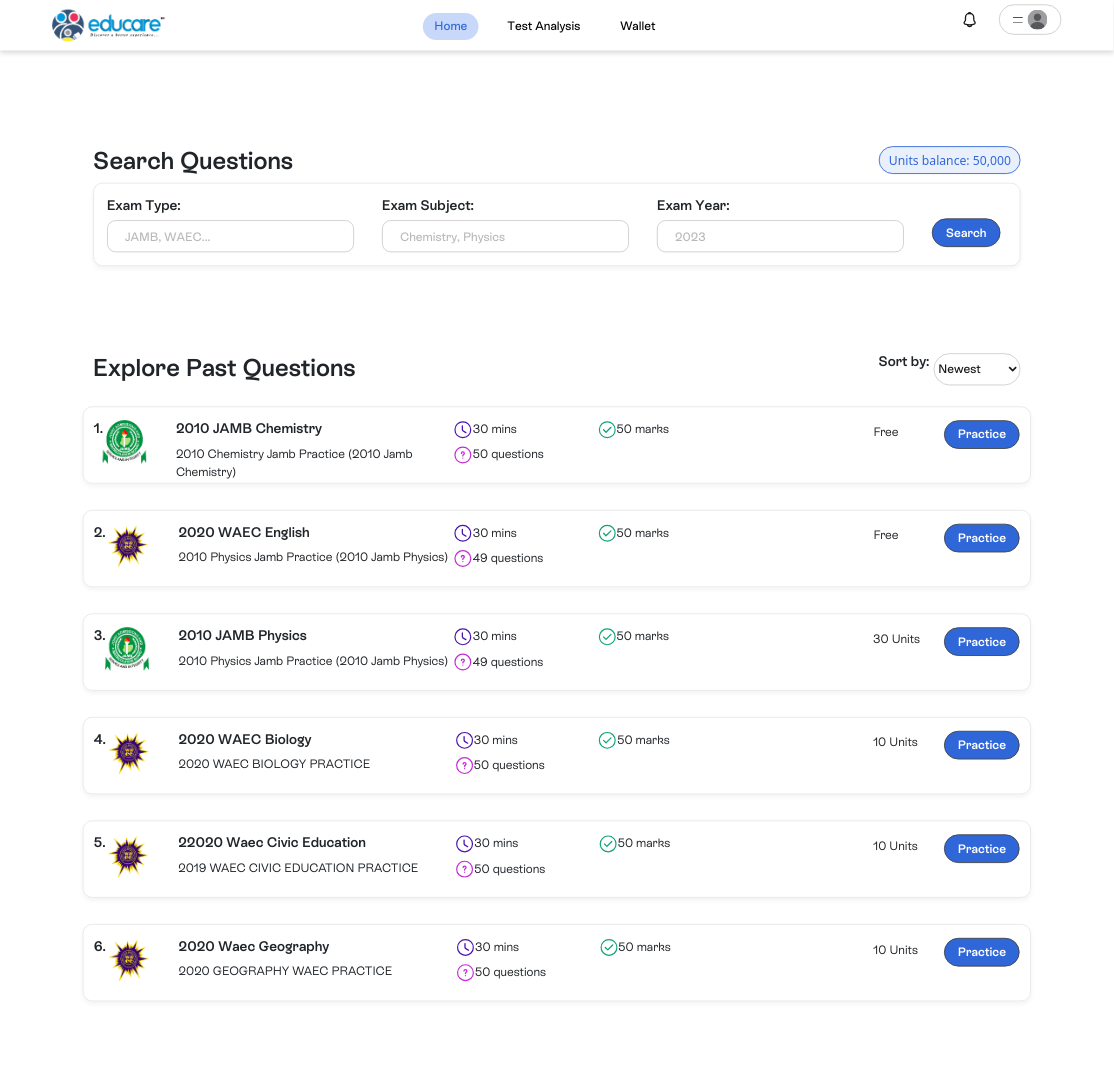
Repository: sarahnnanyelugo/educare-cbt
Page: /exam-list
The author's editor kept a copy of each file at every save. The page is drawn from the files as they stood at one save, then again after the next save.
The browser window is 1280 px wide. The pictures show the whole page, at 87% of full size.
The project was rebuilt for these pictures with package versions that can differ from the ones it lists, and the page was loaded fresh each time. Also part of the build but not shown: src/components/Form/SignUpForm.js, src/pages/AuthenticationPage/auth.scss, src/pages/AuthenticationPage/AuthenticationPage.js, src/components/TestModal/test-modal.scss, src/components/TestModal/TestModal.js, src/components/EducareNavBar/MobileDrop/Mobile-drop.js, src/pages/TestInstructions/TestInstructions.js, src/TestData/walletData.js and 39 more. Imported but missing from the stored project, and not drawn on this page: src/components/Form/Password, src/components/GoogleButton/GoogleButton.

Above is the page before, as saved 2023-11-13 19:30:35.

### src/App.css
@font-face {
  font-family: rebondG;
  src: url(./assets/fonts/Rebond_font/RebondG.otf);
}
@font-face {
  font-family: rebondG-Bold;
  src: url(./assets/fonts/Rebond_font/RebondG-Bold.otf);
}
@font-face {
  font-family: rebondG-Semi-Bold;
  src: url(./assets/fonts/Rebond_font/Rebond-semibold.otf);
}
@font-face {
  font-family: rebondG-Medium;
  src: url(./assets/fonts/Rebond_font/RebondGrotesqueMedium.otf);
}
@font-face {
  font-family: rebondBook;
  src: url(./assets/fonts/Rebond_font/RebondG-Book.ttf);
}

h1,
h2,
h3,
h4,
h5,
h6 {
  font-family: rebondG-Semi-Bold;
}

p {
  font-family: rebondBook;
  font-size: 16px;
}
small {
  font-family: rebondBook;
}
button {
  font-family: rebondG-Semi-Bold;
}
ul li {
  font-family: rebondG-Medium;
}
@media screen and (min-width: 620px) {
  .flexy {
    display: flex;
  }
}
@media screen and (max-width: 620px) {
  .flexyM {
    display: flex;
  }
}
hr {
  border-color: #a4a2a2 !important;
}

### src/pages/ExamList/ExamList.js
import React, { useEffect, useState } from "react";
import { Exams } from "../../components/Exams/Exams";
import { exams } from "../../TestData";
import "./exam-list.scss";
import Table from "react-bootstrap/Table";
import { Navbar } from "../../components/Navbar/Navbar";
import EducareNavBar from "../../components/EducareNavBar/EducareNavBar";
import { useLocation } from "react-router-dom";

export const ExamList = () => {
  const [user, setUser] = useState(JSON.parse(sessionStorage.getItem("user")));

  const [state, setState] = useState({
    query: "",
    list: exams,
  });
  const location = useLocation();
  useEffect(() => {
    console.log(user);
  });
  return (
    <>
      <div>{user !== undefined ? <Navbar /> : <EducareNavBar />}</div>
      <div className="home-div col-md-10 offset-md-1 mt5">
        <div className="flexy flexyM unit">
          <h3>Search Questions</h3>
          <button>Units balance: 50,000</button>
        </div>
        <div className="flexy question-type-div">
          <div className="col-md-11 flexy">
            {" "}
            <div className="col-md-4">
              <h6>Exam Type:</h6>
              <input placeholder="JAMB, WAEC..." />
            </div>
            <div className="col-md-4">
              <h6>Exam Subject:</h6>
              <input placeholder="Chemistry, Physics" />
            </div>
            <div className="col-md-4">
              <h6>Exam Year:</h6>
              <input placeholder="2023" />
            </div>
          </div>
          <div className="col-md-1 ">
            <button>Search</button>
          </div>
        </div>
        <div className="flexy sort flexyM">
          <h3>Explore Past Questions</h3>
          <div className="flexy flexyM">
            <h6>Sort by:</h6>
            <select>
              <option>Newest</option>
              <option>Oldest</option>
              <option>Subject</option>
              <option>Year</option>
            </select>
          </div>
        </div>
        <div className="row ">
          {state.list.map((data, index) => (
            <Exams data={data} />
          ))}
        </div>
      </div>
    </>
  );
};

### src/pages/ExamList/exam-list.scss
@import "../../variables";
@import "../../shared-styles";

.home-div {
  padding-top: 60px;
  padding-bottom: 60px;
  .unit {
    h3 {
      flex-grow: 1;
    }
    button {
      color: #2f67d8;
      background: #2f67d81a;
      border: solid 1px #2f67d8;
      width: 163px;
      font-size: 14px;
      height: 32px;
      border-radius: 100px;
      @media screen and (max-width: 620px) {
        width: 140px;
        font-size: 12px;
      }
    }
    @media screen and (max-width: 620px) {
      margin-bottom: 10px;
    }
  }
  .question-type-div {
    border-radius: 11px;
    background: #ffffff;
    padding: 15px;
    border: solid 1px #e7e7e7;
    box-shadow: 0px 3px 6px #0000000d;
    input {
      width: 90%;
      border: solid 1px #cecbcb;
      height: 37px;
      border-radius: 10px;
      background: #fff;
      padding-left: 20px;
      @media screen and (max-width: 620px) {
        width: 100%;
      }
    }
    ::placeholder {
      color: #191919 !important;
      text-align: left;
      opacity: 0.3;
      font-size: 14px !important;
      font-family: rebondG-Medium;
    }
    button {
      @include main-btn;
      margin-top: 25px;
    }
    h6 {
      @media screen and (max-width: 620px) {
        margin-top: 30px;
      }
    }
  }
  .sort {
    margin-top: 100px;
    margin-bottom: 20px;
    h3 {
      flex-grow: 1;
      @media screen and (max-width: 620px) {
        font-size: 16px;
        margin-top: 10px;
      }
    }
    h6 {
      // margin-top: 10px;
      margin-right: 5px;
    }
    select {
      border: solid 1px #cecbcb;
      border-radius: 35px;
      width: 100px;
      height: 37px;
      background: #fff;
      font-family: rebondG-Medium;
      font-size: 14px;
      color: #191919;
    }
  }
}

### src/components/Navbar/navbar.scss
.nav-container {
  padding: 5px 60px;
  box-shadow: 0px 3px 6px #00000029;
  background: #fff;
  @media screen and (max-width: 620px) {
    padding: 15px 5px;
  }
  .logo-holder {
    flex-grow: 1;
    img {
      width: 50%;
      @media screen and (max-width: 620px) {
        width: 100%;
      }
    }
  }
  .navs {
    flex-grow: 1;

    .navlinks {
      button {
        margin: 0 10px;
        padding: 5px 13px;
        border: none;
        color: #000;
        margin-top: 10px;
        text-decoration: none;
        font-size: 14px;
        border-radius: 100px;
        background: #fff;
        font-family: rebondG-Medium;
        @media screen and (max-width: 620px) {
          margin: 0 0px;
        }
      }
    }
  }
}
.active {
  button {
    color: #2f67d8 !important;
    background: #c7d8fa !important;
  }
}
.hide {
  display: none;
}
.meu-holder {
  width: 72px;
  height: 35px;
  background: var(--unnamed-color-ffffff) 0% 0% no-repeat padding-box;
  border: 1px solid var(--unnamed-color-cecbcb);
  background: #ffffff 0% 0% no-repeat padding-box;
  border: 1px solid #cecbcb;
  border-radius: 100px;
  padding-left: 15px;
  padding-top: 3px;
  margin-left: 15px;
  .menu-icon {
    width: 12px;
    height: 8px;
    margin-right: 5px;
  }
  .person {
    height: 23px;
    width: 23px;
  }
}

### src/pages/TestInstructions/test-instructions.scss
@import "../../variables";
@import "../../shared-styles";

.test-instructions-div {
  padding-top: 80px;
  padding-bottom: 250px;
  background: url("../../assets/images/brush-bg.png");
  background-size: cover;
  background-repeat: no-repeat;
  //   background-position: center;
  @media screen and (max-width: 620px) {
    padding-left: 10px;
    padding-right: 10px;
  }
  .T-instructions {
    border: 1px solid #e7e7e7;
    box-shadow: 0px 3px 6px #0000000d;
    border-radius: 10px;
    height: 444px;
    background: #fff;
    padding: 30px 20px;
    @media screen and (max-width: 620px) {
      height: fit-content;
    }
    .title-div {
      border-bottom: 1px solid #e7e7e7;
    }
    .inner {
      margin-top: 30px;
      h6 {
        margin-bottom: 20px;
        font-size: 16px;
      }
      p {
        font-size: 16px;
      }
      .proceed-btn {
        @include main-btn;
      }
      .back-btn {
        border: 1px solid #2f67d8;
        color: #2f67d8;
        background: #fff;
        border-radius: 100px;
        width: 91px;
        height: 36px;
        font-size: 14px;
      }
      .instruction-btns {
        margin-top: 250px;
        @media screen and (max-width: 620px) {
          margin-top: 120px;
        }
      }
    }
    ul {
      margin-top: 60px;
    }
    ul li {
      color: #d52143;
      font-size: 14px;
      img {
        margin-right: 7px;
      }
    }
  }
}

### src/pages/Wallet/wallet.scss
@import "../../variables";
@import "../../shared-styles";

.balance-sheet {
  height: 146px;
  border: 1px solid var(--unnamed-color-2f67d8);
  background: #2f67d81a 0% 0% no-repeat padding-box;
  box-shadow: 0px 3px 6px #0000000d;
  border: 1px solid #2f67d8;
  border-radius: 10px;
  padding: 20px;
  button {
    @include main-btn;
    margin-top: 40px;
  }
  h1 {
    font-family: rebondG-Bold;
  }
}
.activity-div {
  height: 106px;
  background: var(--unnamed-color-ffffff) 0% 0% no-repeat padding-box;
  background: #ffffff 0% 0% no-repeat padding-box;
  box-shadow: 0px 3px 6px #0000000d;
  border: 1px solid #e7e7e7;
  border-radius: 11px;
  padding: 0px 20px;
  margin-top: 20px;
  small {
    font-size: 12px;
    color: #191919;
    opacity: 0.5;
  }
  p {
    font-size: 14px;
    color: #191919;
    opacity: 0.5;
    line-height: 20px;
  }
  h6 {
    // margin: 0 !important;
  }
  img {
    height: 49px;
    width: 50px;
    margin-top: 20px;
  }
}

.your-div {
  opacity: 0;
  transform: translateY(100%);
  transition: opacity 0.5s, transform 0.5s;
}

.your-div.slide-in {
  opacity: 1;
  transform: translateY(0);
}

/* Add a delay for each div */
.your-div:nth-child(1) {
  transition-delay: 0.5s;
}

.your-div:nth-child(2) {
  transition-delay: 1s;
}

.your-div:nth-child(3) {
  transition-delay: 1.5s;
}
.your-div:nth-child(4) {
  transition-delay: 2s;
}

/* Add more rules for additional divs */

### src/pages/SummaryPage/summary.scss
@import "../../variables";
@import "../../shared-styles";

.test-instructions-div {
  padding-top: 80px;
  padding-bottom: 250px;
  background: url("../../assets/images/brush-bg.png");
  background-size: cover;
  background-repeat: no-repeat;
  .test-body {
    height: 394px;
    box-shadow: 0px 3px 6px #0000000d;
    border: 1px solid #e7e7e7;
    border-radius: 10px;
    background: #fff;
    h3 {
      color: #191919;
      font-family: rebondG-Bold;
      font-size: 20px;
    }

    .attempts-btn {
      border-bottom: solid 1px #e7e7e7;
    }
  }
  .return-btn {
    padding: 5px 10px;
    background: #2f67d8;
    border: solid 1px #414244;
    border-radius: 100px;
    font-family: rebondG-Semi-Bold;
    color: #fff;
    font-size: 14px;
  }
}
.summary-btn {
  border: solid 1px #2f67d8;
  box-shadow: 0px 3px 6px #0000000d;
  border-radius: 10px;
  width: 94px;
  height: 52px;
  color: #2f67d8;
  font-family: rebondG-Bold;

  background: #2f67d81a;
  font-size: 14px;
}
.submit-query {
  padding-top: 20px;
  padding-bottom: 20px;
}

### src/pages/Home/home.scss
@import "../../variables";
@import "../../shared-styles";
.landing-div {
  background: url("../../assets/images/brush-bg.png");
  background-repeat: no-repeat;
  background-size: cover;
  padding: 120px 0;
  h1 {
    font-size: 40px;
    font-family: rebondG-Bold;
  }
  button {
    @include main-btn;
  }
}
.partners {
  padding-top: 30px;
  padding-bottom: 100px;
  img {
    filter: grayscale(100%);

    margin: 10px 22px;
  }
  .lagoon {
    width: 222px;
    height: 45px;
  }
  .grange {
    width: 178px;
    height: 41px;
  }
  .lbs {
    width: 169px;
    height: 41px;
  }
  .starvile {
    width: 96px;
    height: 59px;
  }
  .evergreen {
    width: 110px;
    height: 53px;
  }
  .meadow {
    width: 206px;
    height: 49px;
  }
}
.exam-container {
  height: 84px;
  padding: 20px;
  background: #ffffff 0% 0% no-repeat padding-box;
  box-shadow: 0px 3px 6px #0000000d;
  border: 1px solid #e7e7e7;
  border-radius: 10px;
  &:hover {
    background: #f3f3f3;
  }
  h6 {
    margin-top: 10px;
    margin-left: 20px;
  }
}
.all-learners {
  background: #fbfbfb;
  padding-top: 50px;
  padding-bottom: 60px;
  h1 {
    color: #2f67d8;
    font-size: 108px;
    text-align: center;
    margin-top: 40px;
  }
  .steps {
    height: 236px;
    background: #ffffff 0% 0% no-repeat padding-box;
    box-shadow: 0px 3px 6px #0000000d;
    border: 1px solid #e7e7e7;
    text-align: center;
    padding: 50px;
    margin-top: -60px;
    position: relative;
    z-index: 2;
    border-radius: 10px;
    span {
      border-bottom: solid 2px #2f67d8;
    }
    h4 {
      margin-bottom: 20px;
    }
  }
}
.testimonial-div {
  height: 831px;
  margin-bottom: 50px;
  background: rgb(255, 255, 255);
  background: linear-gradient(
    0deg,
    rgba(255, 255, 255, 1) 1%,
    rgba(244, 247, 254, 1) 9%,
    rgba(244, 247, 254, 1) 90%,
    rgba(255, 255, 255, 1) 100%
  );
  .heading {
    margin-top: 300px;
    h4 {
      font-family: rebondG-Bold;
    }
  }
}
.prefooter {
  padding: 50px;
  background: url("../../assets/images/brush-bg.png");
  background-repeat: no-repeat;
  background-size: cover;
  height: 271px;
  background-color: #fff;
  border-radius: 10px;
  box-shadow: 0px 3px 6px #0000000d;
  margin-bottom: -70px;
  border: solid 1px rgb(223, 223, 223);
  opacity: 1;
  position: relative;
  z-index: 20;
  button {
    @include main-btn;
    margin-top: 70px;
  }
}

### src/components/Exams/exams.scss
@import "../../variables";
@import "../../shared-styles";

.questions-div {
  border: 1px solid #e7e7e7;
  border-radius: 11px;
  box-shadow: 0px 3px 6px #0000000d;
  height: 89px;
  margin-bottom: 30px;
  padding-top: 15px;

  @media screen and (max-width: 620px) {
    height: fit-content;
    overflow: scroll;
  }
  h6 {
    font-size: 16px;
  }
  p {
    font-size: 14px;
  }
  button {
    @include main-btn;
  }

  tr td {
    border: none;
    padding: 0 !important;
    text-align: left;
    // overflow: scroll;
    small {
      font-size: 14px;
    }
  }
}

### src/_variables.scss
$blue: #0098da;
$lightblue: #e1f2fa;
$purple: #5044b2;
@mixin get-started-button {
  color: #fff;
  border-radius: 35px;
  border: solid 1px #414244;
  padding: 8px 20px;
  font-size: 14px;
  font-family: rebondG-Semi-Bold;

  // &:hover {
  //   background: #30266b;
  //   transition: 0.5s ease;
  // }
}
@mixin main-btn {
  background: #2f67d8 !important;
  color: #fff;
  border-radius: 100px;
  // width: 91px;
  // height: 36px;
  padding: 5px 15px;
  font-size: 14px;
  border: solid 1px #414244;
  font-family: rebondG-Semi-Bold;

  &:hover {
    background: #1e4ba7 !important;
    transition: 0.5s ease;
  }
}
@mixin login-or-signup-button {
  background: #fff !important;
  color: #414244;
  border-radius: 32px;
  padding: 5px 15px;
  font-size: 14px;
  // font-weight: bold;
  border: none;
  border: solid 2px rgb(230, 225, 225);
  font-family: rebondG-Semi-Bold;

  &:hover {
    background: rgb(231, 231, 231) !important;
    transition: 0.5s ease;
  }
}

### src/_shared-styles.scss
.mt1 {
  margin-top: 10px;
}
.mt2 {
  margin-top: 20px;
}
.mt3 {
  margin-top: 30px;
}
.mt4 {
  margin-top: 40px;
}
.mt5 {
  margin-top: 50px;
}
.mt6 {
  margin-top: 60px;
}
.mt7 {
  margin-top: 70px;
}
.mt8 {
  margin-top: 80px;
}
.mt9 {
  margin-top: 90px;
}
.mt {
  margin-top: 140px;
}
.mtt {
  margin-top: 200px;
}
.bb {
  border-bottom: solid 1px rgb(233, 229, 229);
}
.bt {
  border-top: solid 1px rgb(233, 229, 229);
}
.pd {
  padding: 80px 0;
}
.br {
  border-right: solid 1px rgb(233, 229, 229);
}
.no-m {
  @media screen and (max-width: 620px) {
    margin: 0 !important;
  }
}
.ml {
  margin-left: 10px;
}
.ml4 {
  margin-left: 40px;
}
.ml3 {
  margin-left: 30px;
}

.features-link {
  color: #191919;
  text-decoration: none;
  &:hover {
    color: #191919;
  }
}

.mb5 {
  margin-bottom: 50px;
}
.mb4 {
  margin-bottom: 40px;
}

.no-margin {
  @media screen and (max-width: 620px) {
    margin-top: 0px !important;
    text-align: center;
  }
}
.grad2 {
  background: rgb(255, 255, 255);
  background: linear-gradient(
    180deg,
    rgba(255, 255, 255, 1) 28%,
    rgba(240, 240, 240, 1) 48%,
    rgba(255, 255, 255, 1) 75%
  );
}
.dn {
  @media screen and (max-width: 620px) {
    display: none;
  }
}
.dnW {
  @media screen and (min-width: 620px) {
    display: none;
  }
}
.dnM {
  @media screen and (max-width: 620px) {
    display: none;
  }
}
.img-resolv {
  width: 90%;
  @media screen and (max-width: 620px) {
    width: 100%;
  }
}
.link {
  font-size: 12px;
  text-decoration: none;
  color: #000;
  font-family: rebondG-Semi-Bold;
  margin-bottom: 0 !important;
}
.link2 {
  font-size: 12px;
  text-decoration: none;
  color: #2f67d8;
  font-family: rebondG-Semi-Bold;
}
.mobileview {
  @media screen and (min-width: 620px) {
    display: none;
  }
}

### src/pages/TestAnalysis/Analysis/analysis.scss
@import "../../../variables";
@import "../../../shared-styles";

.analysis-div {
  padding-top: 15px;

  @media screen and (max-width: 620px) {
    height: fit-content;
    overflow: scroll;
  }
  button {
    @include main-btn;
  }
  h6 {
    font-size: 16px;
  }
  p {
    font-size: 14px;
  }
  button {
    @include main-btn;
  }

  tr td {
    border: none;
    padding-top: 10px !important;
    padding-bottom: 5px !important;
    text-align: left;
    // border-top: 1px solid #e7e7e7;
    // border-bottom: 1px solid #e7e7e7;
    small {
      font-size: 14px;
    }
  }
  th {
    font-size: 16px;
    padding-top: 15px;
    padding-bottom: 15px;

    font-family: rebondG-Semi-Bold;
    color: #191919;
  }
}

### src/components/EducareNavBar/MenuTab/_menu-tab.scss
@import "../../../variables";
@import "../../../shared-styles";

.nav-pills .nav-link.active {
  color: #0098da !important;

  border-radius: 0 !important;
  transition: 1s ease !important;
  font-size: 13px !important;
  // margin-left: -4px;
  background: transparent !important;
}
.nav-link {
  color: #161617 !important;
  font-family: rebondG-Semi-Bold;
  padding: 0px !important;
  font-size: 14px !important;
  padding: 5px 0px 5px 0 !important;
  margin-top: 10px;
  width: 100%;
  &:hover {
    color: #161617 !important;
    // background: #e7e7e7;
  }
}
.menu-links {
  span {
    margin-left: 20px;
  }
}
.nav-rowed {
}
.tab-headerss {
  padding-left: 40px;
  @media screen and (max-width: 620px) {
    padding: 0;
  }
  .drop-down-nav {
    color: #161617 !important;
    font-family: rebondG-Semi-Bold;
    padding: 0px !important;
    padding-left: 10px !important;
    font-size: 14px !important;
    line-height: 35px !important;
    &:hover {
      color: #0098da !important;
    }
  }
}

.tab-content {
  background: #fff;
  // margin-left: -14px;
  padding: 10px;
  padding-left: 30px;
  color: #000;
  @media screen and (max-width: 620px) {
    padding: 0;
  }
}

### src/components/EducareNavBar/MobileDrop/mobile-drop.scss
@import "../../../variables";
@import "../../../shared-styles";

.mobile-drop-container {
  .accordion-button::after {
    margin-left: 20px !important;
    margin-top: 0px !important;
  }
  .accordion-header {
    background: none !important;
    // padding-bottom: 80px;
  }

  .accordion-body {
  }
  .accordion-button:not(.collapsed) {
    border: none !important;
    box-shadow: none !important;
  }

  .accordion-button:focus {
    outline: none !important;
    color: #161617 !important;
  }
  .accordion-button:hover {
    outline: none !important;
    background: none !important;
  }
  .accordion-button {
    padding-left: 15px !important;
    padding: 0 !important;
    box-shadow: none !important;
    margin-bottom: 20px;
  }
  .accordion-button::after {
    background-image: none !important;
    content: "\02C7";
    font-size: 25px !important;
    color: black !important;
    margin-top: 5px !important;
    font-weight: bold !important;
  }
  .accordion-button:not(.collapsed)::after {
    content: "\02C6" !important;
    margin-top: -5px !important;
  }
  .accordion-button:not(.collapsed) {
    color: black !important;
    box-shadow: none !important;
    border: none !important;
  }
}
.accordion {
  background: none !important;
}

### src/components/EducareNavBar/MenuLink/menu-link.scss
.menu-link-container {
  // padding-left: 10px;
  height: 150px;
  // background: red !important;
  padding: 7px;
  margin-bottom: 5px;
  @media screen and (max-width: 620px) {
    padding: 0;
  }
  &:hover {
    background: #f8f8f8;
    border-radius: 5px;
  }
  img {
    height: 28px;
    width: 28px;
  }
  p {
    font-size: 10px;
    line-height: 16px;
    @media screen and (max-width: 620px) {
      line-height: 22px;
    }
  }
  h6 {
    font-size: 16px !important;
    margin-top: 5px;
  }
}
.menu-link {
  &:hover {
    color: #161617;
  }
}
.hidden {
  display: none;
}

Loaded but not shown: public/index.html (common file); src/index.js (common file); src/index.css (common file); src/reportWebVitals.js (common file); src/components/scrollToTop.js (common file); src/TestData/questionsData.js (1013 lines, source omitted); src/components/EducareNavBar/MenuTab/MenuTab.js (162 lines, source omitted); src/TestData/MenuLinksData.js (206 lines, source omitted); src/TestData/summaryData.js (82 lines, source omitted); src/components/Navbar/Navbar.js (87 lines, source omitted); src/components/Exams/Exams.js (75 lines, source omitted); src/App.js (42 lines, source omitted); src/TestData/analysisData.js (85 lines, source omitted); src/TestData/examsData.js (65 lines, source omitted); src/components/EducareNavBar/MenuLink/MenuLink.js (35 lines, source omitted); src/TestData/index.js (5 lines, source omitted); src/components/EducareNavBar/EducareNavBar.jsx (1102 lines, source omitted); src/components/EducareNavBar/_educare-navbar.scss (466 lines, source omitted); src/components/Form/form.scss (213 lines, source omitted); src/pages/Question/question.scss (143 lines, source omitted); src/pages/AnalysisDashboard/analysis-dashboard.scss (136 lines, source omitted)

After the next save:
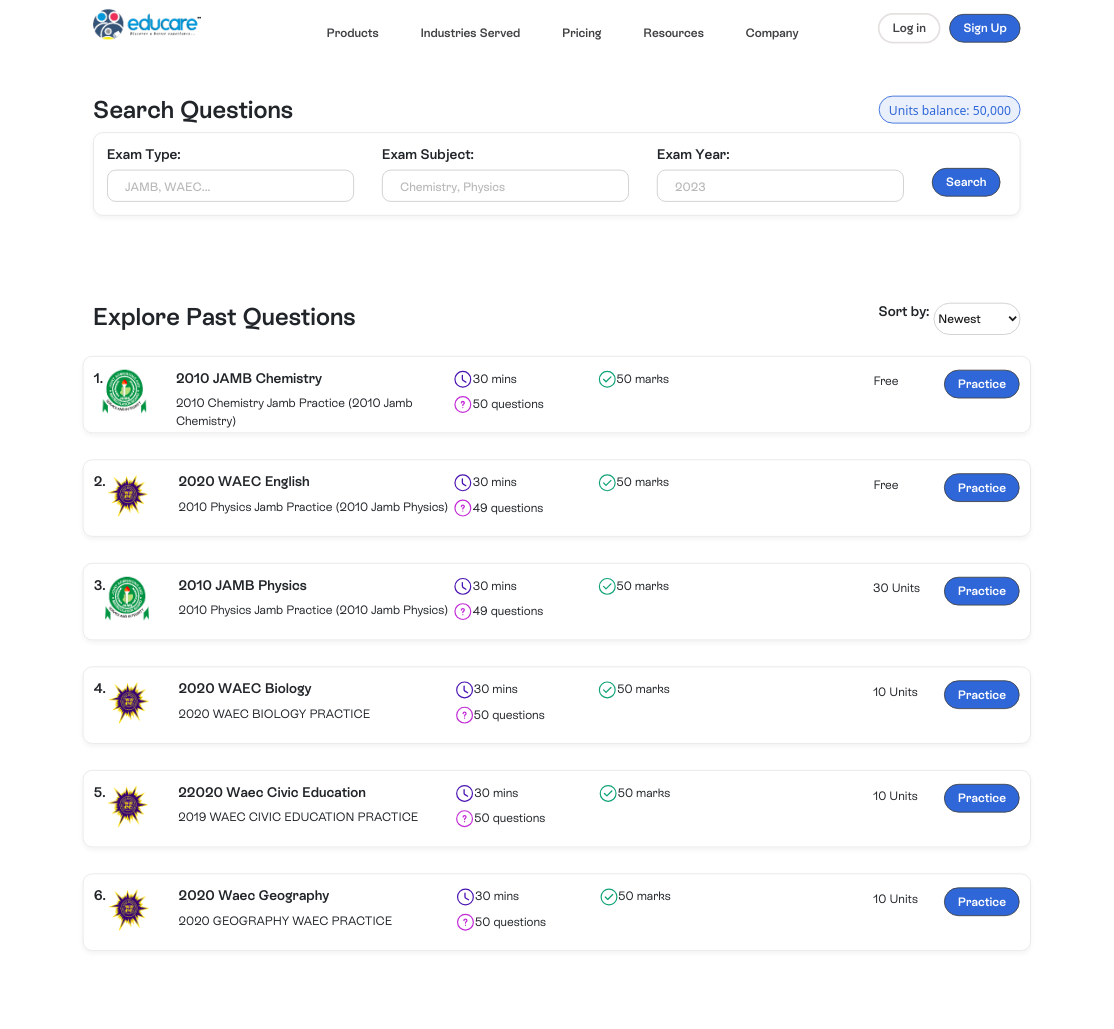
Saved 16 s later.
--- a/src/pages/ExamList/ExamList.js
+++ b/src/pages/ExamList/ExamList.js
@@ -20,7 +20,7 @@
   });
   return (
     <>
-      <div>{user !== undefined ? <Navbar /> : <EducareNavBar />}</div>
+      <div>{user !== null ? <Navbar /> : <EducareNavBar />}</div>
       <div className="home-div col-md-10 offset-md-1 mt5">
         <div className="flexy flexyM unit">
           <h3>Search Questions</h3>
